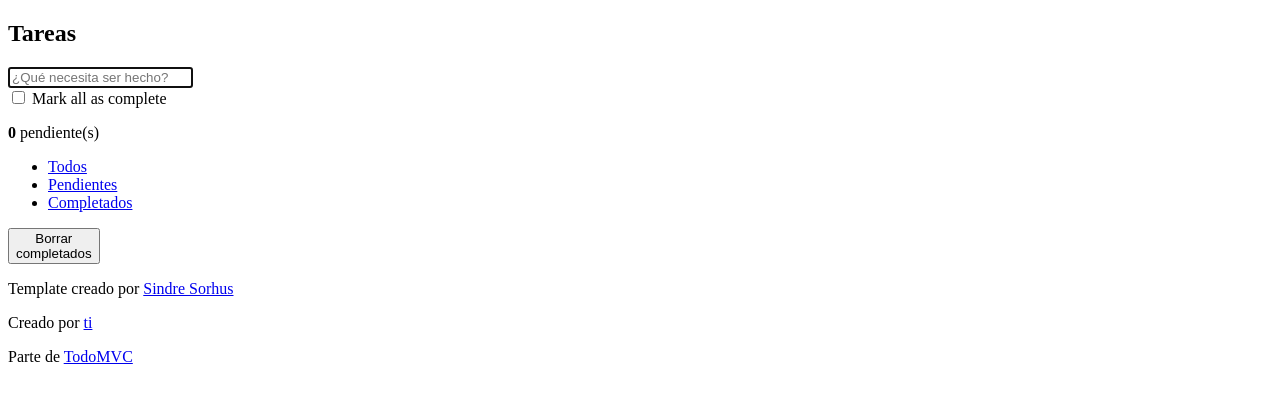
Repository: osneida/lista-tareas-curso-javascript
Page: src/index.html
The author's editor kept a copy of each file at every save. The page is drawn from the files as they stood at one save, then again after the next save.
The browser window is 1280 px wide. The pictures show the whole page.

Above is the page before, as saved 2021-08-03 22:25:33.

### src/index.html
<!doctype html>
<html lang="es">
	<head>
		<meta charset="utf-8">
		<meta name="viewport" content="width=device-width, initial-scale=1">
		<title>Template • TodoMVC</title>
	</head>
	<body>
		<section class="todoapp">
			<header class="header">
				<h1>Tareas</h1>
				<input class="new-todo" placeholder="¿Qué necesita ser hecho?" autofocus>
			</header>
			<!-- This section should be hidden by default and shown when there are todos -->
			<section class="main">
				<input id="toggle-all" class="toggle-all" type="checkbox">
				<label for="toggle-all">Mark all as complete</label>
				<ul class="todo-list">
					<!-- These are here just to show the structure of the list items -->
					<!-- List items should get the class `editing` when editing and `completed` when marked as completed -->
					<!-- <li class="completed" data-id="abc">
						<div class="view">
							<input class="toggle" type="checkbox" checked>
							<label>Probar JavaScript</label>
							<button class="destroy"></button>
						</div>
						<input class="edit" value="Create a TodoMVC template">
					</li> -->
					<!-- <li>
						<div class="view">
							<input class="toggle" type="checkbox">
							<label>Comprar un unicornio</label>
							<button class="destroy"></button>
						</div>
						<input class="edit" value="Rule the web">
					</li> -->
				</ul>
			</section>
			<!-- This footer should hidden by default and shown when there are todos -->
			<footer class="footer">
				<!-- This should be `0 items left` by default -->
				<span class="todo-count"><strong>0</strong> pendiente(s)</span>
				<!-- Remove this if you don't implement routing -->
				<ul class="filters">
					<li>
						<a class="selected filtro" class="selected" href="#/">Todos</a>
					</li>
					<li>
						<a class="filtro" href="#/active">Pendientes</a>
					</li>
					<li>
						<a class="filtro" href="#/completed">Completados</a>
					</li>
				</ul>
				<!-- Hidden if no completed items are left ↓ -->
				<button class="clear-completed">Borrar </br> completados</button>
			</footer>
		</section>
		<footer class="info">

			<p>Template creado por <a href="http://sindresorhus.com">Sindre Sorhus</a></p>
			<!-- Change this out with your name and url ↓ -->
			<p>Creado por <a href="http://todomvc.com">ti</a></p>
			<p>Parte de <a href="http://todomvc.com">TodoMVC</a></p>
		</footer>


	</body>
</html>

After the next save:
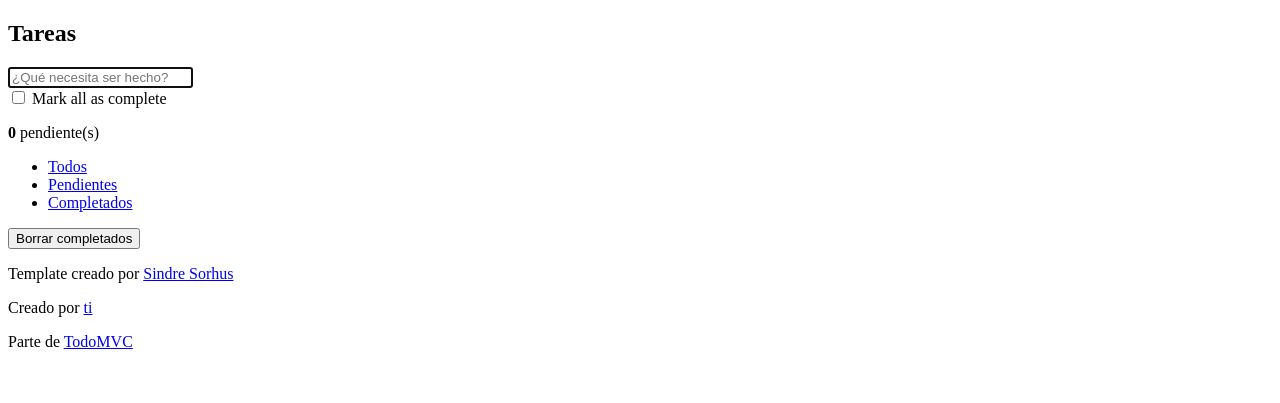
Saved 14 s later.
--- a/src/index.html
+++ b/src/index.html
@@ -53,7 +53,7 @@
 					</li>
 				</ul>
 				<!-- Hidden if no completed items are left ↓ -->
-				<button class="clear-completed">Borrar </br> completados</button>
+				<button class="clear-completed">Borrar completados</button>
 			</footer>
 		</section>
 		<footer class="info">
